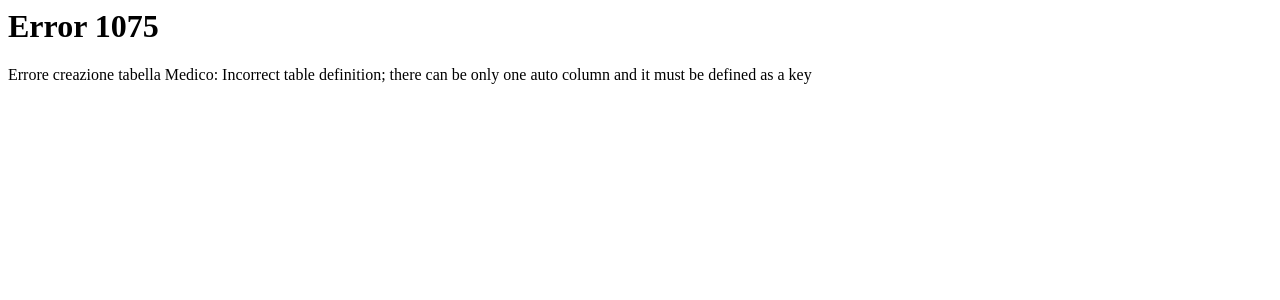
Repository: EmanueleCoradin/IoTMonitoring-CV-19-Patients
Page: http://localhost/init.php
The author's editor kept a copy of each file at every save. The page is drawn from the files as they stood at one save, then again after the next save.
The browser window is 1280 px wide. The pictures show the whole page.
The page is run by PHP 8.4 with error messages shown; the project is at /var/www/html/.

Above is the page before, as saved 2020-05-11 19:52:21.

After the next save:
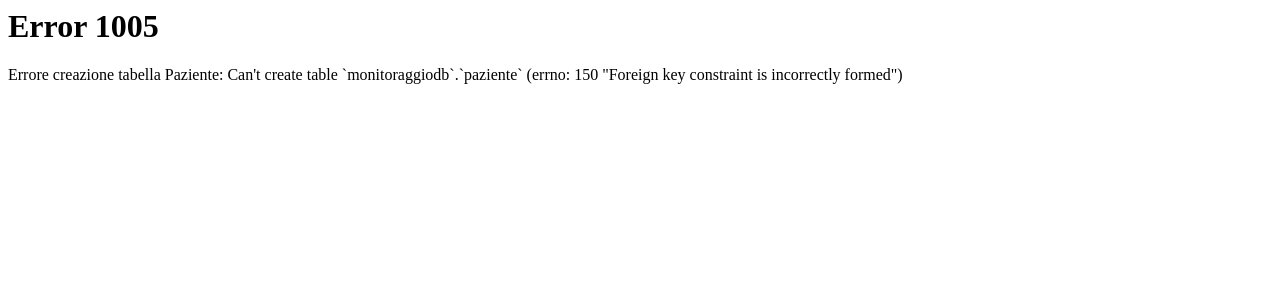
Saved 50 s later.
--- a/allegati/sitoPHP/php/init.php
+++ b/allegati/sitoPHP/php/init.php
@@ -35,7 +35,7 @@ $sql="
         sesso varchar(1) not null,
         email tinytext not null,
         password varchar(32) not null,
-        PRIMARY KEY (CF)
+        PRIMARY KEY (IDmedico)
     )";
 $result = $conn -> query($sql);
 
@@ -88,7 +88,7 @@ $sql="
         password varchar(32) not null,
         IDmedico varchar(32) not null,
         IDstruttura int,
-        PRIMARY KEY (CF),
+        PRIMARY KEY (IDpaziente),
         FOREIGN KEY (IDmedico) REFERENCES MEDICO(IDmedico) ON UPDATE CASCADE,
         FOREIGN KEY (IDstruttura) REFERENCES STRUTTURA(IDstruttura) ON UPDATE CASCADE
     )";
